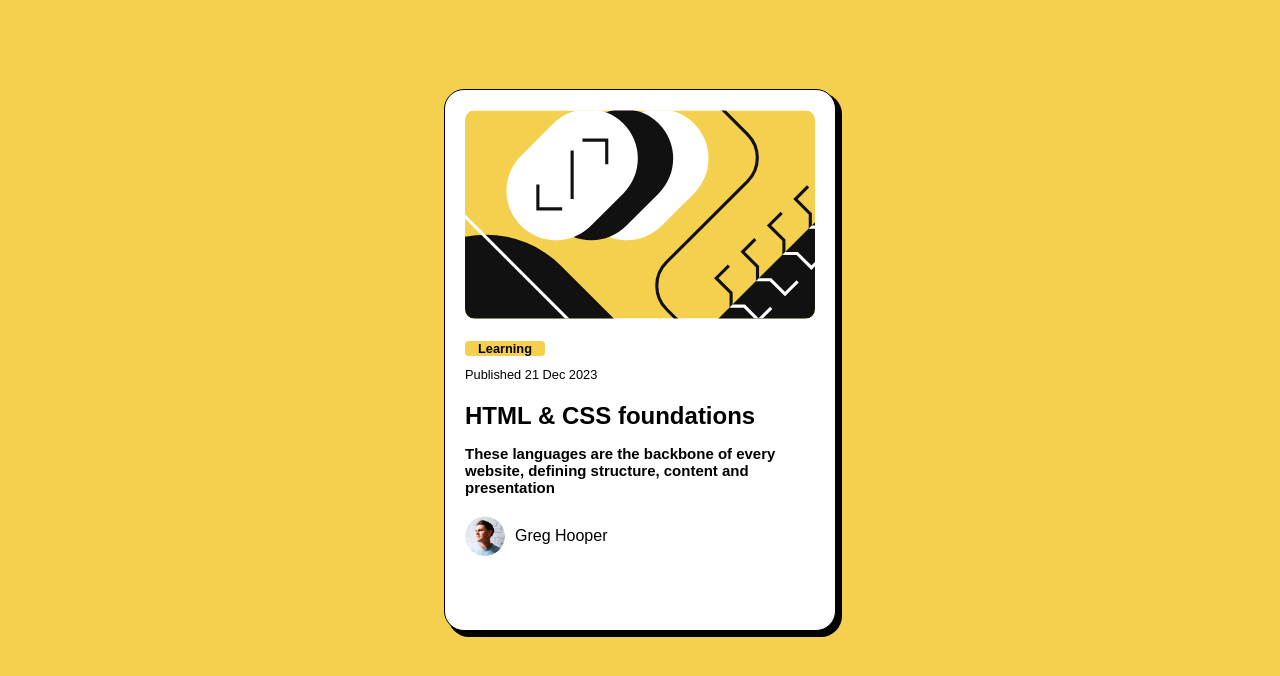
Repository: brandontaylor1/blogpreviewcard
Page: index.html
An editor plug-in stored every save of this project. The page is shown before and after a run of saves, followed by the edit.
The browser window is 1280 px wide. The pictures show the whole page.

Above is the page before, as saved 2024-12-25 11:47:50.

### index.html
<!DOCTYPE html>
<html lang="en">
<head>
    <meta charset="UTF-8">
    <meta name="viewport" content="width=device-width, initial-scale=1.0">
    <link rel="stylesheet" href="./index.css">
    <title>HTML & CSS Foundations</title>
</head>
<body>
    <main class="container">
        <div class="img-container">
            <img src="./images/illustration-article.svg" class="heading-img" alt="">
        </div>
        <div class="card-content">
            <p id="learning-tag">Learning</p>
            <div class="card-content-text">
                <p>Published 21 Dec 2023</p>
                <h2>HTML & CSS foundations</h2>
                <h3>These languages are the backbone of every website, defining structure, content and presentation</h3>
            </div>
        </div>
        <div class="user-footer">
            <img src="./images/image-avatar.webp" alt="person-image">
            <p>Greg Hooper</p>
        </div>
    </main>

    <script src="index.js"></script>
</body>
</html>

### index.css
:root {
    /* COLORS */
    --primary-yellow: hsl(47, 88%, 63%);
    --primary-white: hsl(0, 0%, 100%);
    --primary-gray-reg: hsl(0, 0%, 42%);
    --primary-gray-bold: hsl(0, 0%, 7%);

    --main-font-size: 16px;

    --main-font-family: 'Figtree', sans-serif;
    --main-font-weight-reg: 500;
    --main-font-weight-bold: 800;
}


body {
    box-sizing: border-box;
    margin: 0;
    padding: 0;
    height: 100vh;
    font-family: var(--main-font-family);
    display: flex;
    align-items: center;
    justify-content: center;
    background-color: var(--primary-yellow);
}

.container {
    width: 350px;
    height: 500px;
    margin: 0 auto;
    padding: 0 20px;
    background-color: var(--primary-white);
    width: 350px;
    padding: 20px;
    border-radius: 20px;
    border: 1px solid black;
    box-shadow: 5px 5px 0 1px rgba(0, 0, 0, 1);
    transition: box-shadow 0.3s ease;
}

.container:hover {
    box-shadow: 0 0 0 0 rgba(0, 0, 0, 0.5);
}

.heading-img {
    width: 100%;
    margin-bottom: 5px;
    border-radius: 10px;
}

.card-content {
    width: 100%;
    display: flex;
    flex-direction: column;
    align-items: left;
    justify-content: space-between;
}

#learning-tag {
    background-color: var(--primary-yellow);
    padding: px;
    border-radius: 4px;
    font-size: .8rem;
    font-weight: var(--main-font-weight-bold);
    width: 80px;
    text-align: center;

}

.card-content-text {
    margin-top: -15px;
    font-size: .8rem;
}

.card-content-text h2 {
    font-size: 1.5rem;
    font-weight: var(--main-font-weight-bold);
    margin-bottom: 10px;
}

.user-footer {
    display: flex;
    align-items: center;

}

.user-footer img {
    width: 40px;
    height: 40px;
    border-radius: 50%;
    margin-right: 10px;
}

Loaded but not shown: index.js (no stored copy; drawn as an empty file)

After the next 2 saves:
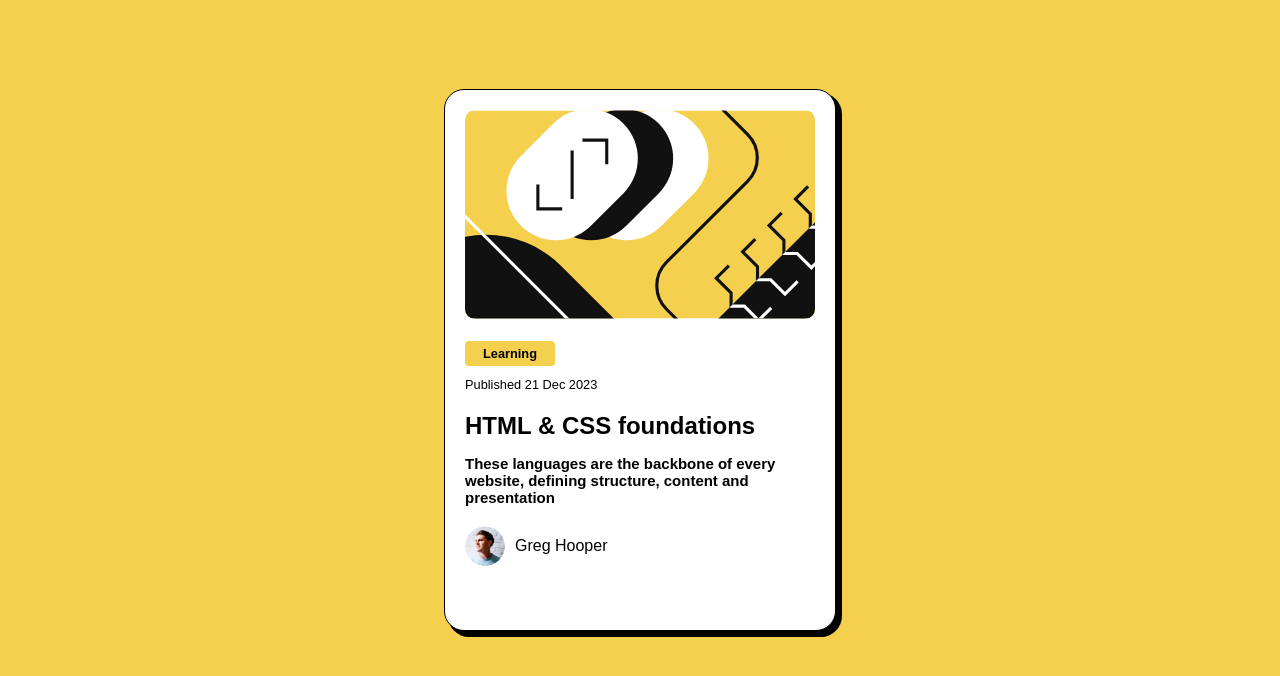
The 2 saves are shown as one change because they came seconds apart.
The last was saved 13 s later.
--- a/index.css
+++ b/index.css
@@ -59,7 +59,7 @@ body {
 
 #learning-tag {
     background-color: var(--primary-yellow);
-    padding: px;
+    padding: 5px ;
     border-radius: 4px;
     font-size: .8rem;
     font-weight: var(--main-font-weight-bold);
